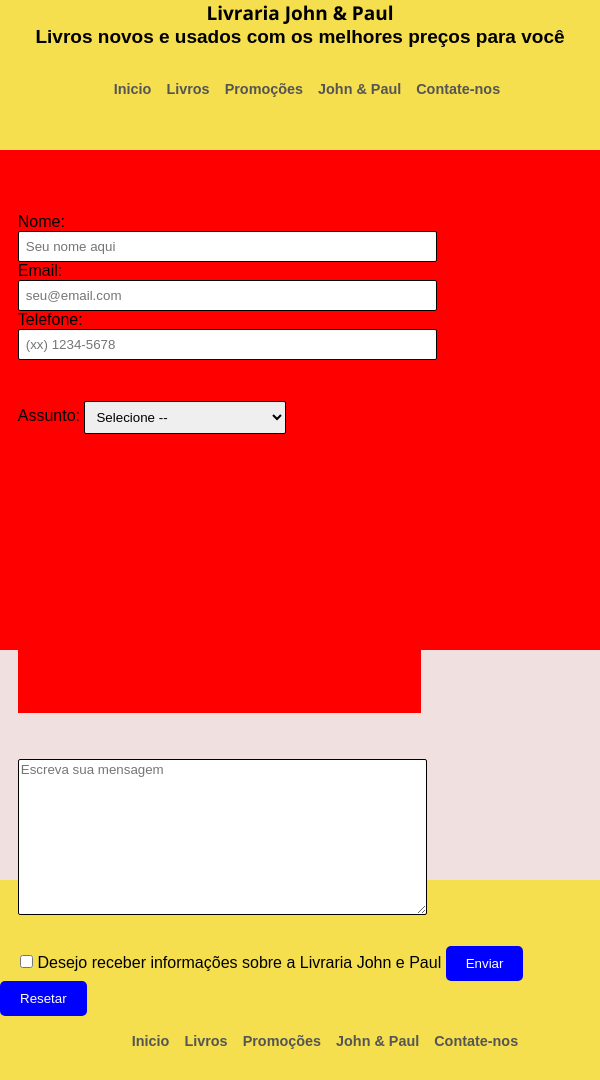
Repository: MarcoantonioCaldeira/Site-livraria-John-e-Paul
Page: contato.html
These files come from the project's save history. The page is drawn as it stood at one moment and after the next save; the edit follows.
The browser window is 600 px wide. The pictures show the whole page.

Above is the page before, as saved 2022-09-25 21:29:48.

After the next save:
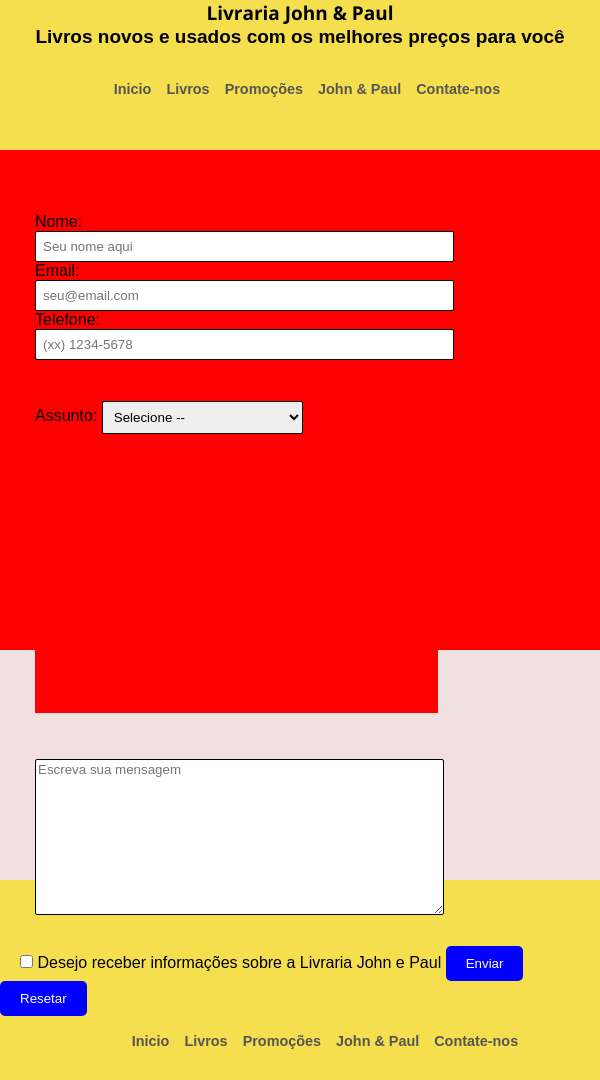
Saved 7 s later.
--- a/css/estilo.css
+++ b/css/estilo.css
@@ -363,7 +363,7 @@
 
    form div{
       width: 70%;
-
+      margin: 0 4%;
       margin-top: 8%;
       height: 150px;
    }

After the save that followed:
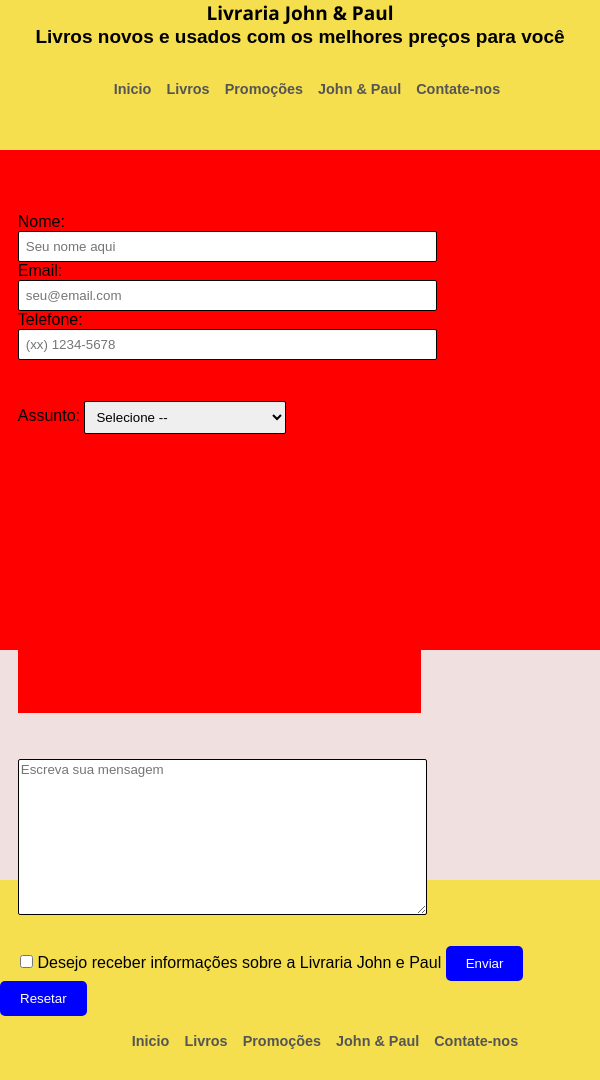
Saved 7 s later.
--- a/css/estilo.css
+++ b/css/estilo.css
@@ -363,7 +363,7 @@
 
    form div{
       width: 70%;
-      margin: 0 4%;
+      margin: 0 1%;
       margin-top: 8%;
       height: 150px;
    }
